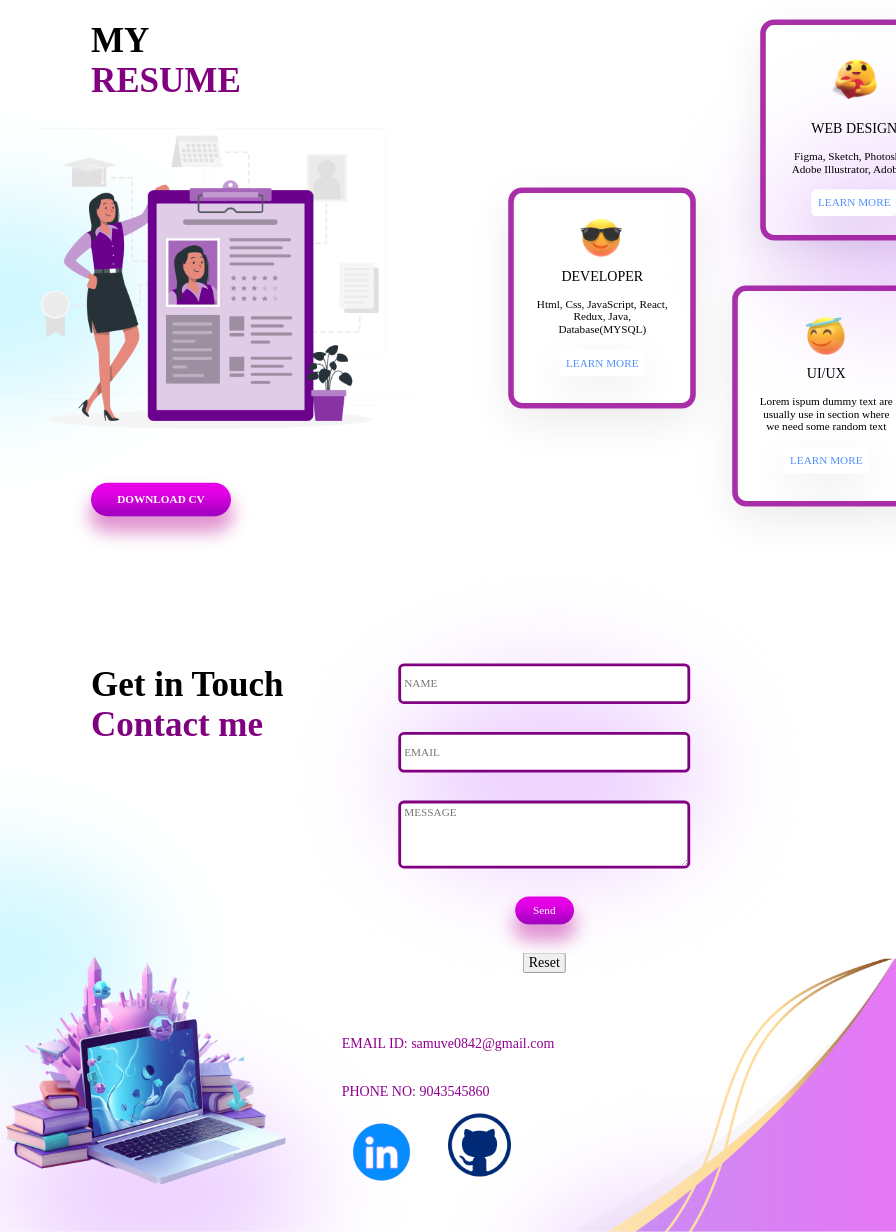
Repository: glorysandy/Protfolio
Page: /
These files come from the project's save history. The page is drawn as it stood at one moment and after a run of saves; the edit follows.
The browser window is 1280 px wide. The pictures show the part of the page from y = 3384 to 5304 px (the page is 5144 px tall before and 5304 px after), at 70% of full size.
Some web fonts or font styles are not loaded; a fallback is used. The project was rebuilt for these pictures with package versions that can differ from the ones it lists, and the page was loaded fresh each time. Imported but missing from the stored project, and not drawn on this page: src/components/Services/SANDHIYA.P (RESUME).pdf.

Above is the page before, as saved 2024-10-17 00:07:13.

After the next 2 saves:
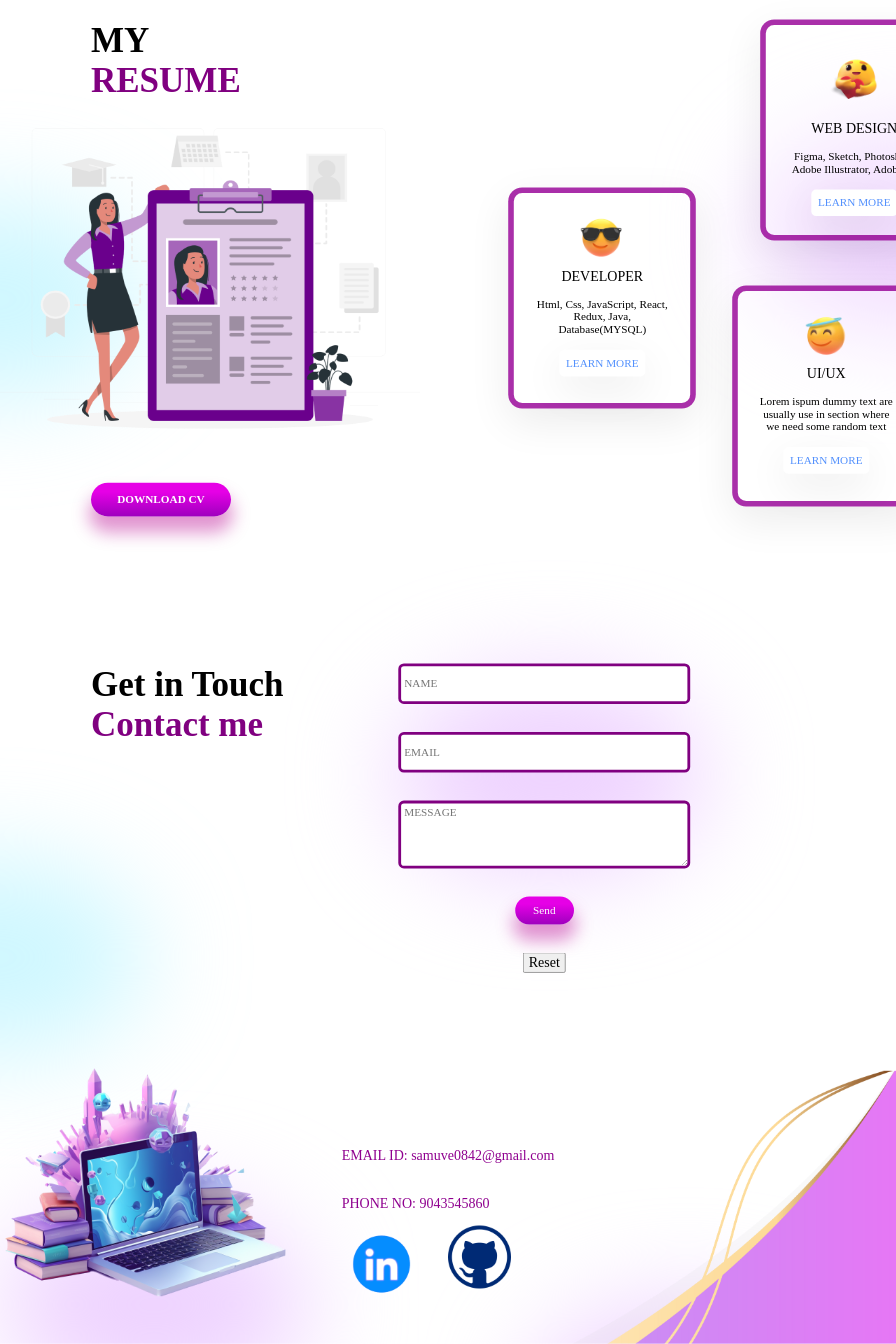
The 2 saves are shown as one change because they came seconds apart.
The last was saved 57 s later.
--- a/src/components/Footer/Footer.css
+++ b/src/components/Footer/Footer.css
@@ -3,7 +3,7 @@
   align-items: center;
   margin: -0.5rem -3.5rem;
   position: relative;
-  margin-top: -7rem;
+  margin-top: 1rem;
 
 }
 
